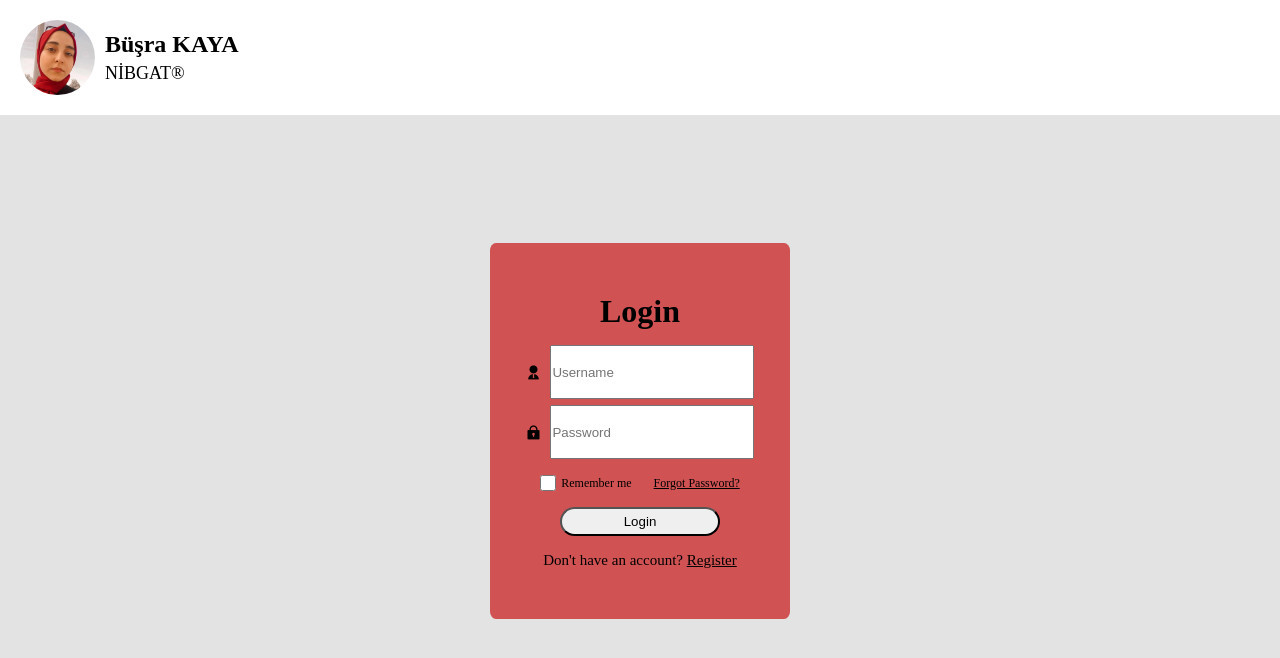
Repository: busra-kayaa/LoginPage
Page: login.html
These files come from the project's save history. The page is drawn as it stood at one moment and after the next save; the edit follows.
The browser window is 1280 px wide. The pictures show the whole page.

Above is the page before, as saved 2024-01-05 18:04:17.

### login.html
<!DOCTYPE html>
<html>
    <head>
        <meta name="author" content="Büşra Kaya"/>
        <title>Login Page</title>
        <link
            rel="stylesheet"
            href="./style.css"
            type="text/css"
        />
        <link
            rel="stylesheet"
            href="https://cdnjs.cloudflare.com/ajax/libs/remixicon/3.5.0/remixicon.css"
            crossorigin=""
        />  <!--Remixicon ikon kitaplığını bağlamak için bir stil dosyasını içerir.-->

    </head>
    <body>
        <div class="header-container">
            <div
                class="header-left-side-container"
            >
                <img
                    src="./busra.jpg"
                    height="75px"
                    width="75px"
                    class="logo"
                />
                <div class="header-desc-container">
                    <span class="header-title">
                        Büşra KAYA
                    </span>
                    <span class="header-content">
                        NİBGAT®
                    </span>
                </div>
            </div>
        </div>
        <div class="login-from-container">
            <div class ="login-text"><h1>Login</h1></div>
            <div class="input-group1">
                <i class="ri-user-2-fill"></i>
                <input
                    type="text"
                    placeholder="Username"
                    class="input-text"
                    autocomplete="off"
                />
            </div>
            <div class="input-group2">
                <i class="ri-lock-2-fill"></i>
                <input
                    type="password"
                    placeholder="Password"
                    class="input-text"
                    autocomplete="off"
                />
            </div>
            <div class="login__check">
                <div class="login__check-box">
                   <input type="checkbox" class="login__check-input" id="user-check">
                   <label for="user-check" class="login__check-label">Remember me</label>
                </div>

                <a href="#" target="_blank" class="login__forgot">Forgot Password?</a>
             </div>

             <button onclick="alert('Başarıyla Giriş Yaptınız.')" type="submit" class="login__button">Login</button>

             <div class="login__register">
                Don't have an account? <a href="#"  target="_blank">Register</a>
             </div>
        </div>
    </body>
</html>

### style.css

* {
    padding: 0;
    margin: 0;
}

body {
    background-color: #e3e3e3;
}

.header-container {
    justify-content: space-between;
    background-color: #ffffff;
    flex-direction: row;
    align-items: center;
    padding: 20px;
    display: flex;
    margin-bottom: 10%;
}
.header-left-side-container {
    flex-direction: row;
    align-items: center;
    display: flex;
}

.logo {
    border-radius: 50%;
    margin-right: 10px;
}

.header-desc-container {
    display: flex;
    flex-direction: column;
}

.header-title {
    display: flex;
    flex-direction:column;
    font-weight: bold;
    font-size: 24px;
    margin-bottom: 5px;
}

.header-content {
    font-weight:normal;
    font-size: 18px;
    color:rgb(0, 0, 0);
}

.login-from-container {
    background-color: #d15252;
    display: flex;
    border-radius: 2%;
    flex-direction: column;
    align-items: center;
    text-align: center;
    margin: auto;
    width: 200px;
    padding: 50px;
}

.login-text {
    padding-bottom: 15px;
}

.input-group1 {
    display: grid;
    grid-template-columns: 1fr max-content;
    column-gap: .55rem;
    align-items: center;
    margin-bottom: 3%;
}

.input-group1 i {
    font-size: 100 200 px;
}

.input-group2 {
    display: grid;
    grid-template-columns: 1fr max-content;
    column-gap: .55rem;
    align-items: center;

}

.input-group2 i {
    font-size: 100 200 px;
}
.input-text {
    width: 200px;
    height: 50px;

}

.login__check,
.login__check-box {
    display: flex;
    justify-content: space-between;
    align-items: center;
}

.login__check {
    font-size: 12px;
    margin-top: 1rem;
    margin-bottom: 1rem;
    gap: 22px;
}

.login__check-box {
    column-gap: 5px;
}

.login__check-input {
    width: 1rem;
    height: 1rem;
}

.login__forgot {
    color: black;
}

.login__forgot:hover {
    text-decoration: underline;
}

.login__button {
    width: 80%;
    padding: 5px;
    margin-bottom: 1rem;
    border-radius: 4rem;
    color: var(--black-color);
    font-weight: 500;
}

.login__button:hover {
    background-color: var(--highlight-color);
    color: var(--white-color);
}

.login__button:hover{
    opacity: 0.75;
    cursor: pointer;
}

.login__button:active{
    transform: translateY(2px);
}

.login__register {
    font-size: 15px;
    text-align: center;
}

.login__register a {
    color: var(--white-color);
    font-weight: 500;
}

.login__register a:hover {
    text-decoration: underline;
}

After the next save:
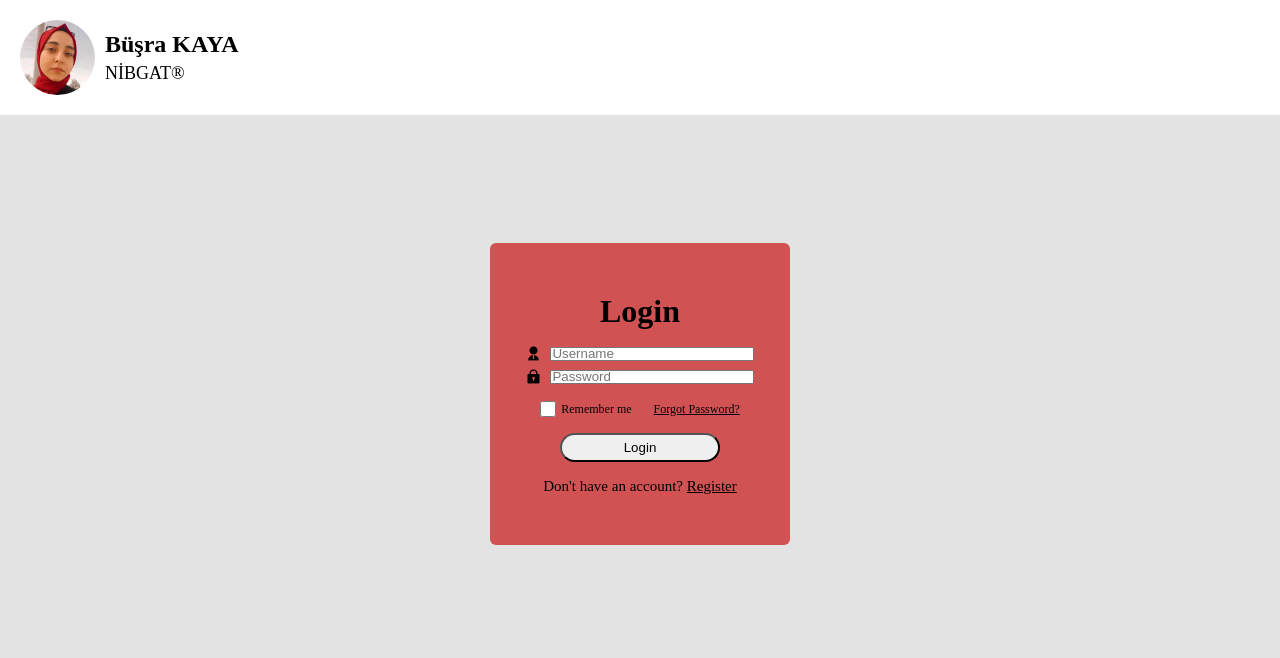
Saved 4 s later.
--- a/style.css
+++ b/style.css
@@ -88,7 +88,7 @@ body {
 }
 .input-text {
     width: 200px;
-    height: 50px;
+    height: 10px;
 
 }
 
